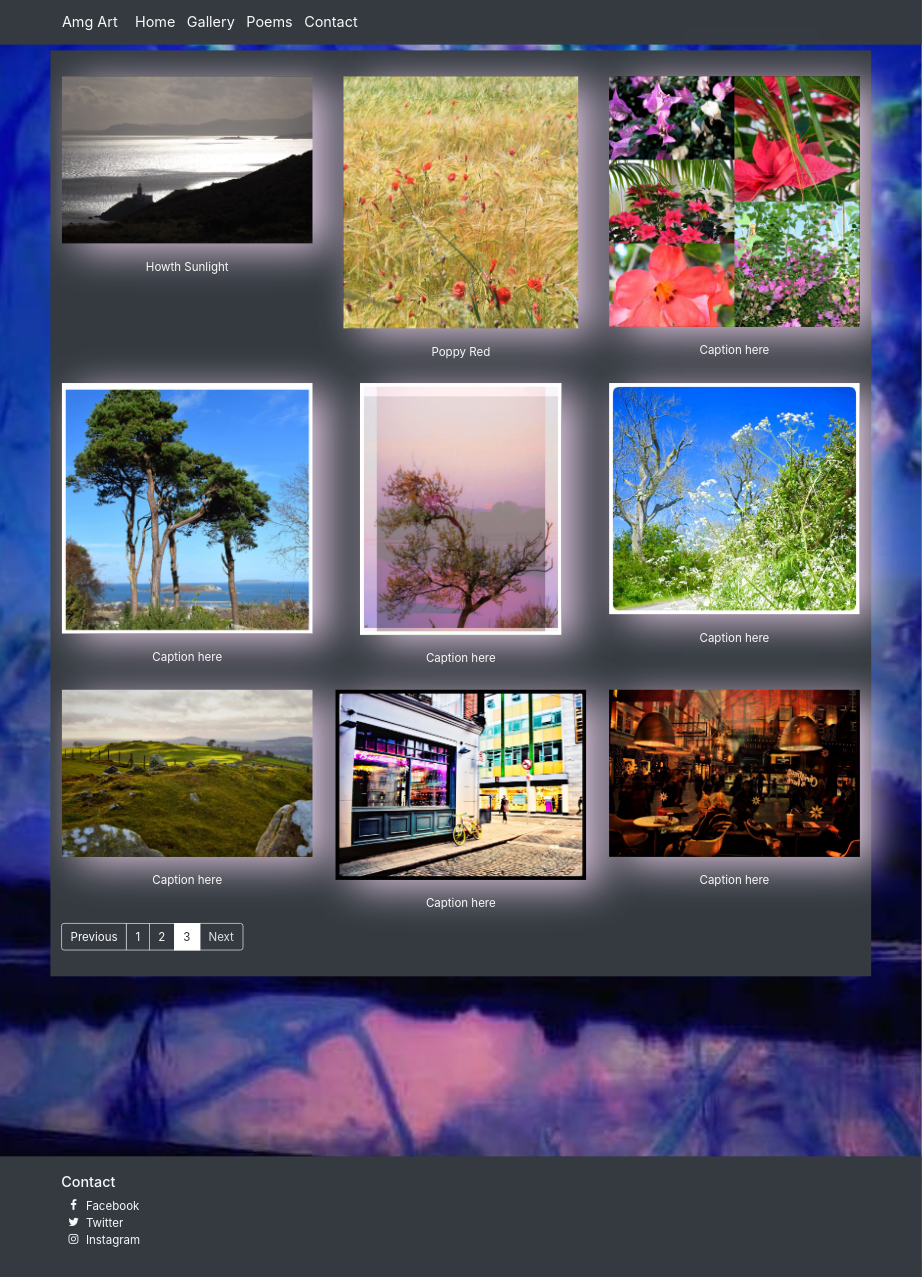
Repository: AllenGleeson/AmgArtGallery
Page: gallery3.html
The author's editor kept a record of every edit. The page is drawn from the files as they stood at one moment, then again after the next edit.
The browser window is 1280 px wide. The pictures show the whole page, at 72% of full size.

Above is the page before.

After the next edit:
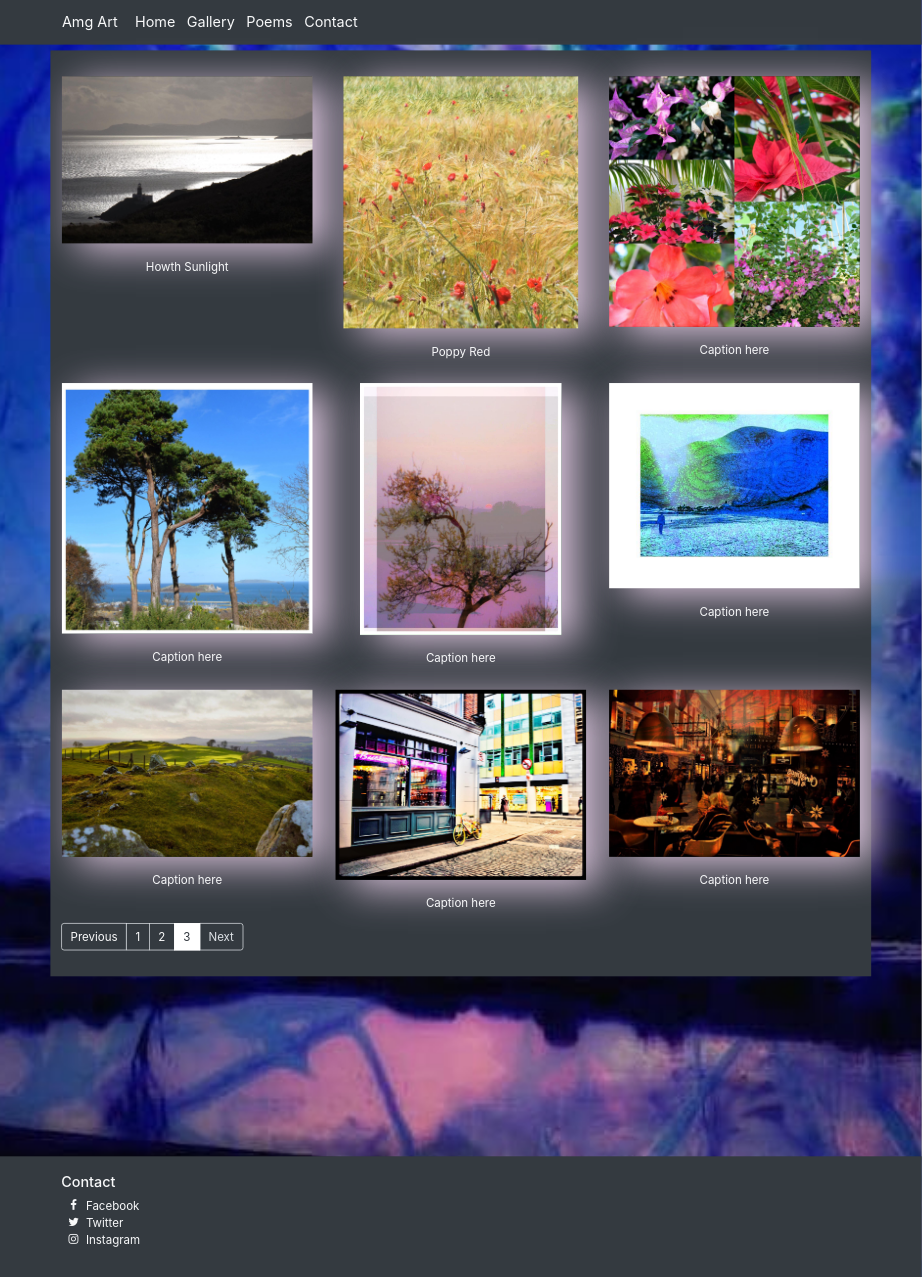
The edit:
--- a/gallery3.html
+++ b/gallery3.html
@@ -52,7 +52,7 @@
                 <div class="text-center text-light">Caption here</div>
             </div>
             <div class="col-sm-4 p-3 text-center" data-toggle="modal" data-target="#image-06">
-                <img src="assets/images/summercowparsley.jpg" class="galleryImage"></img>
+                <img src="assets/images/theancientway.jpg" class="galleryImage"></img>
                 <div class="text-center text-light">Caption here</div>
             </div>
             <div class="col-sm-4 p-3 text-center" data-toggle="modal" data-target="#image-07">
